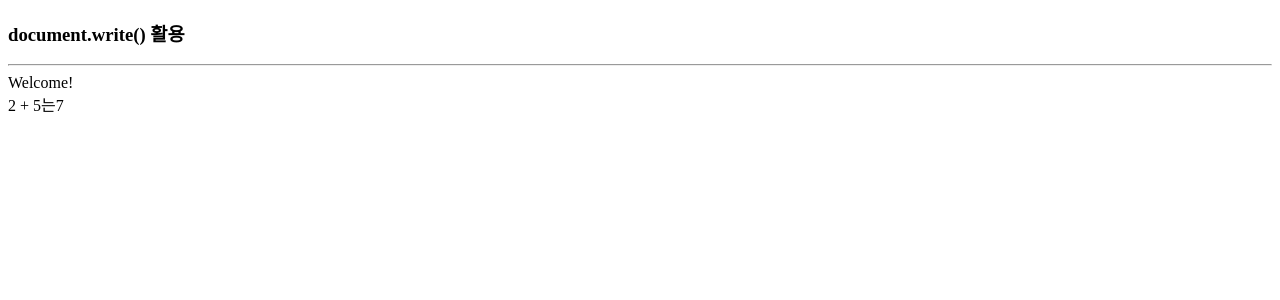
Repository: jin4344/study
Page: write/writetast.html
The author's editor kept a copy of each file at every save. The page is drawn from the files as they stood at one save, then again after the next save.
The browser window is 1280 px wide. The pictures show the whole page.

Above is the page before, as saved 2023-05-21 15:55:22.

After the next save:
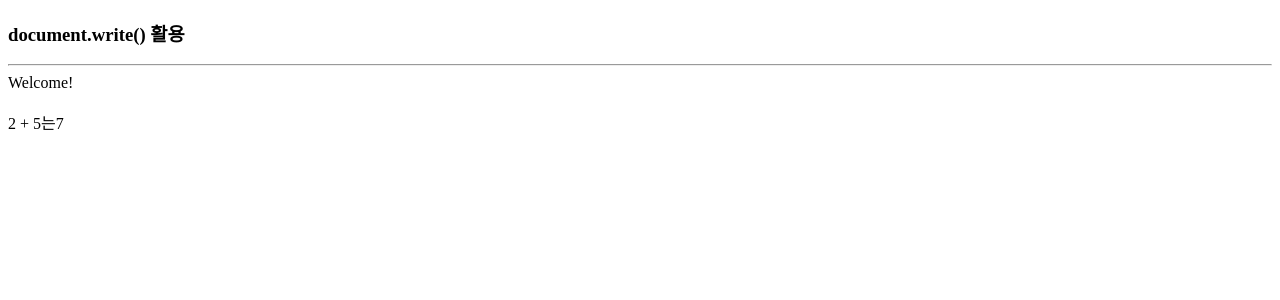
Saved 4 s later.
--- a/write/writetast.html
+++ b/write/writetast.html
@@ -9,7 +9,7 @@
   <body></body>
   <script>
     document.write(`<h3>document.write() 활용</h3><hr>`);
-    document.write(`<span>Welcome!<span><br>`);
+    document.write(`<span>Welcome!<span><br><br>`);
     document.write(`<span>2 + 5는</span>`);
     document.write(`<span>${2 + 5}</span>`);
   </script>
